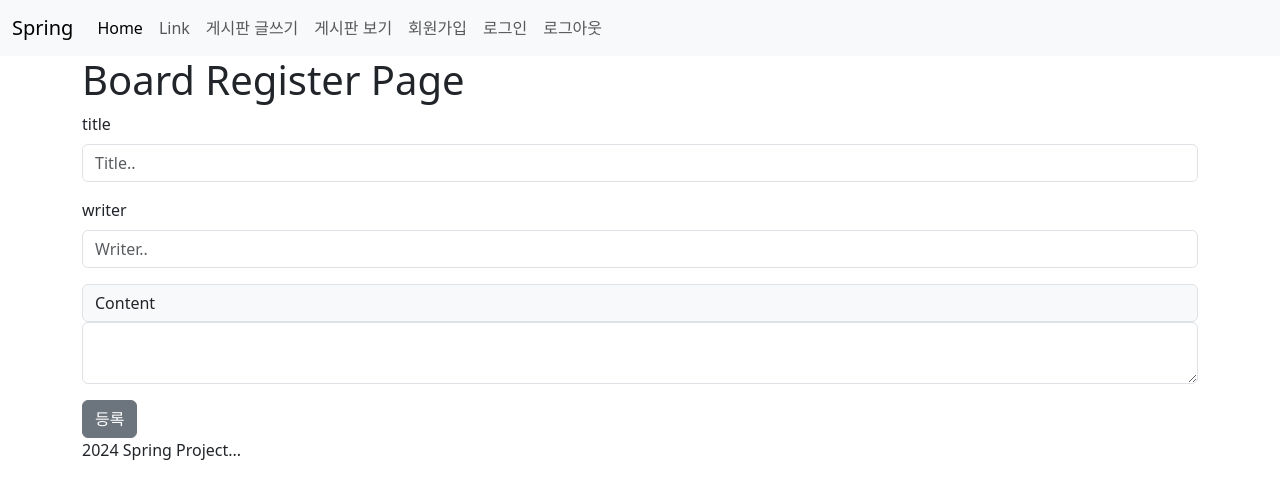
Repository: gajami-kim/240430_Spring_Study
Page: http://localhost/spring_study/WEB-INF/views/board/register.jsp
The author's editor kept a copy of each file at every save. The page is drawn from the files as they stood at one save, then again after the next save.
The browser window is 1280 px wide. The pictures show the whole page.
The page is served by Tomcat 9. Nobody is signed in. The template is opened directly, without the code that normally fills it, so the values that code supplies are empty.

Above is the page before, as saved 2024-04-24 01:12:44.

After the next save:
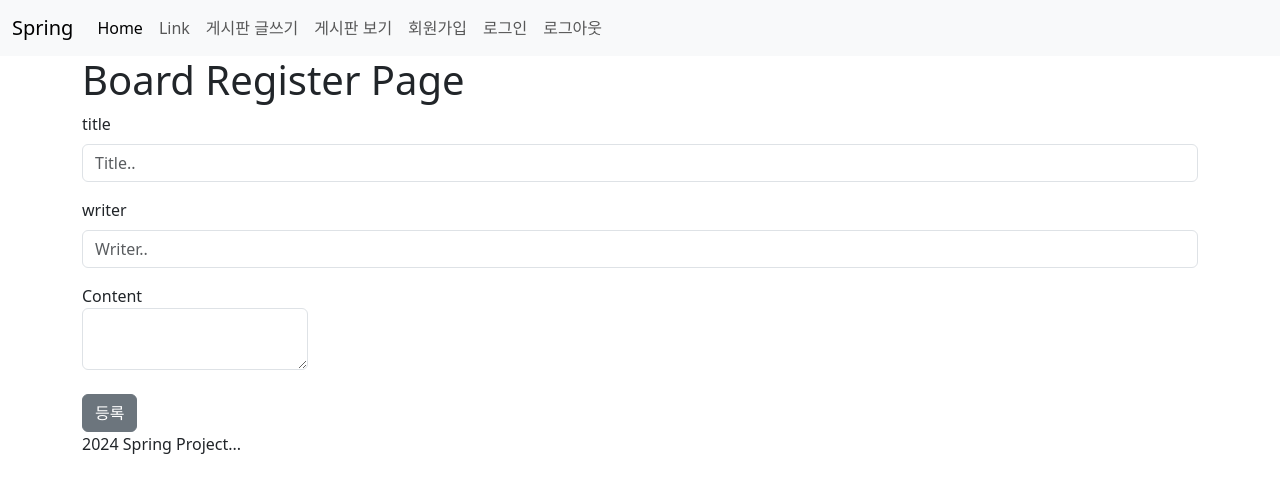
Saved 40 s later.
--- a/spring_study/src/main/webapp/WEB-INF/views/board/register.jsp
+++ b/spring_study/src/main/webapp/WEB-INF/views/board/register.jsp
@@ -15,8 +15,8 @@
 		  <input type="text" class="form-control" name="writer" id="w" placeholder="Writer..">
 		</div>
 		<div class="mb-3">
-		  <span class="input-group-text">Content</span>
-		  <textarea class="form-control" name="contents" aria-label="With textarea"></textarea>
+		  <label for="c" class="form-label">Content</span>
+		  <textarea class="form-control" name="contents" id="c" aria-label="With textarea"></textarea>
 		</div>
 		<button type="submit" class="btn btn-secondary">등록</button>
 	</form>
